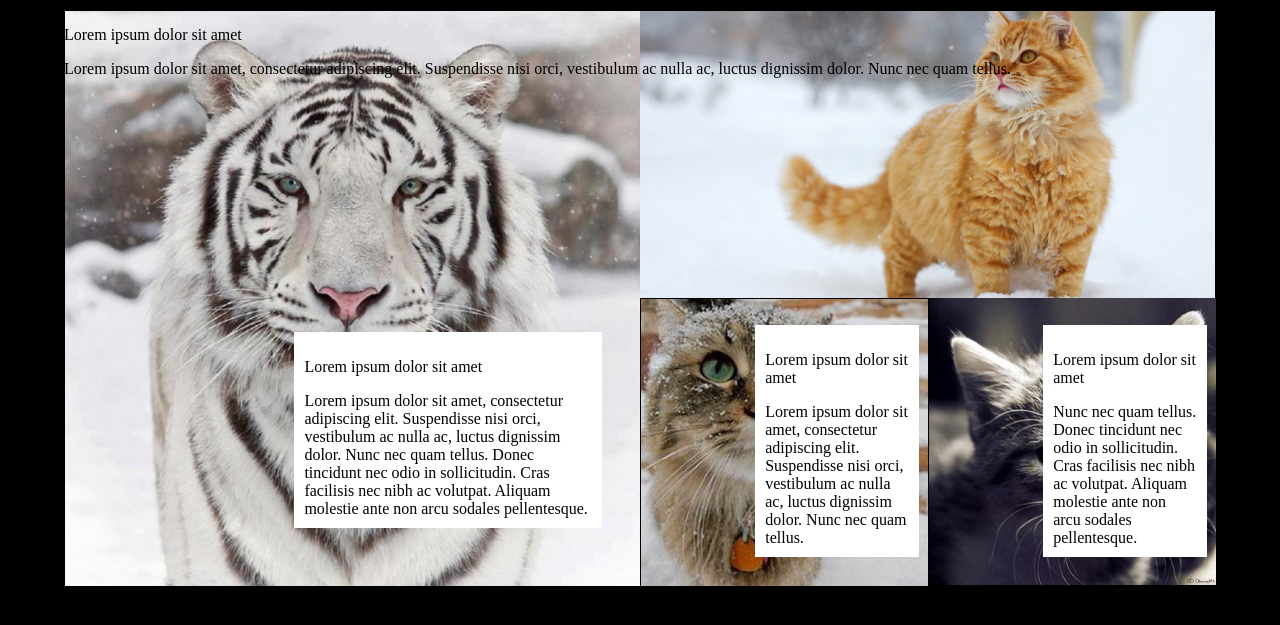
Repository: niebezsensu/Info-Folder
Page: index.html
The author's editor kept a record of every edit. The page is drawn from the files as they stood at one moment, then again after the next edit.
The browser window is 1280 px wide. The pictures show the whole page.

Above is the page before.

### index.html
<html>

<head>
    <meta charset="utf-8">
    <title>Multimedia - Quiz</title>
    <link rel="stylesheet" href="css/folder.css" type="text/css" />

</head>

<body>
    <script src="js/jquery-2.1.3.min.js"></script>
    <script src="js/folder.js"></script>
</body>
<div class="container visible">
    <div class="first-spot">
        <div class="box">

        </div>
        <div class="hidden-box">

        </div>
        <div class="content">
            <p>Lorem ipsum dolor sit amet</p>
            <span>Lorem ipsum dolor sit amet, consectetur adipiscing elit. Suspendisse nisi orci, vestibulum ac nulla ac, luctus dignissim dolor. Nunc nec quam tellus. Donec tincidunt nec odio in sollicitudin. Cras facilisis nec nibh ac volutpat. Aliquam molestie ante non arcu sodales pellentesque.</span>
        </div>
    </div>
    <div class="second-spot">
        <div class="box">

        </div>
        <div class="hidden-box">

        </div>
        <div class="content">
            <p>Lorem ipsum dolor sit amet</p>
            <span>Lorem ipsum dolor sit amet, consectetur adipiscing elit. Suspendisse nisi orci, vestibulum ac nulla ac, luctus dignissim dolor. Nunc nec quam tellus. Donec tincidunt nec odio in sollicitudin. Cras facilisis nec nibh ac volutpat. Aliquam molestie ante non arcu sodales pellentesque.</span>
        </div>
    </div>
    <div class="third-spot">
        <div class="box">

        </div>
        <div class="hidden-box">

        </div>
        <div class="content">
            <p>Lorem ipsum dolor sit amet</p>
            <span>Nunc nec quam tellus. Donec tincidunt nec odio in sollicitudin. Cras facilisis nec nibh ac volutpat. Aliquam molestie ante non arcu sodales pellentesque.</span>
        </div>
    </div>
    <div class="fourth-spot">
        <div class="box">

        </div>
        <div class="hidden-box">

        </div>
        <div class="content">
            <p>Lorem ipsum dolor sit amet</p>
            <span>Lorem ipsum dolor sit amet, consectetur adipiscing elit. Suspendisse nisi orci, vestibulum ac nulla ac, luctus dignissim dolor. Nunc nec quam tellus.</span>
        </div>
    </div>
    <div id="first-slider"></div>
    <div id="first-slider-content">
        <p>Lorem ipsum dolor sit amet</p>
        <span>Lorem ipsum dolor sit amet, consectetur adipiscing elit. Suspendisse nisi orci, vestibulum ac nulla ac, luctus dignissim dolor. Nunc nec quam tellus.</span>
    </div>
    <div id="second-slider"></div>
    <div id="second-slider-content">
        <p>Lorem ipsum dolor sit amet</p>
        <span>Lorem ipsum dolor sit amet, consectetur adipiscing elit. Suspendisse nisi orci, vestibulum ac nulla ac, luctus dignissim dolor. Nunc nec quam tellus.</span>
    </div>
    <div id="third-slider"></div>
    <div id="third-slider-content">
        <p>Lorem ipsum dolor sit amet</p>
        <span>Lorem ipsum dolor sit amet, consectetur adipiscing elit. Suspendisse nisi orci, vestibulum ac nulla ac, luctus dignissim dolor. Nunc nec quam tellus.</span>
    </div>
    <div id="fourth-slider"></div>
    <div id="fourth-slider-content">
        <p>Lorem ipsum dolor sit amet</p>
        <span>Lorem ipsum dolor sit amet, consectetur adipiscing elit. Suspendisse nisi orci, vestibulum ac nulla ac, luctus dignissim dolor. Nunc nec quam tellus.</span>
    </div>
    <audio id="audio1" src="/audio/mendelssohn_op25_lf_01_molt_etc.mp3"></audio>
    <audio id="audio2" src="/audio/Beethoven.mp3"></audio>
    <audio id="audio3" src="/audio/Mozart.mp3"></audio>
    <audio id="audio4" src="/audio/vivaldi.mp3"></audio>
</div>

</html>

### css/folder.css
html {
    background-color: black;
}

.container{
    width: 1400px;
    height: 700px;
    margin: 10px auto;
    background-color: grey;
    overflow:hidden;
    position: relative;
    cursor: pointer;
}

.first-spot{
    width: 50%;
    height: 100%;

    overflow:hidden;
    float: left;
    position:relative;
}
.first-spot .box{
    border: 1px solid black;
    display:none;
    position:absolute;
    left: 0px;
    width: 100%;
    height: 100%;
    background-image: url("/images/white-siberian.jpg");
    background-size: 100% 100%;
}

.first-spot .hidden-box{
    border: 1px solid black;
    position:absolute;
    left: 0px;
    width: 100%;
    height: 100%;
    background-image: url("/images/white-siberian.jpg");
    background-size: 100% 100%;
    opacity: 0.3;
}

.first-spot .content{
    display:none;
    position: absolute;
    width: 50%;
    bottom: 10%;
    left: 40%;
    background-color: white;
    padding: 10px;
}


.second-spot{
    width: 50%;
    height: 50%;

    float: right;

    overflow:hidden;
    position:relative;
}

.second-spot .box{
    position:absolute;
    right: 0px;
    width: 100%;
    height: 100%;
    background-image: url("/images/red-siberian.jpg");
    background-size: 100% 100%;
    border: 1px solid black;
}

.second-spot .hidden-box{
    position:absolute;
    right: 0px;
    width: 100%;
    height: 100%;
    background-image: url("/images/red-siberian.jpg");
    background-size: 100% 100%;
    border: 1px solid black;
    opacity: 0.3;
}

.second-spot .content{
    display:none;
    position: absolute;
    width: 50%;
    bottom: 10%;
    left: 40%;
    background-color: white;
    padding: 10px;
}

.third-spot{
    width: 25%;
    height: 50%;

    float: right;

    overflow:hidden;
    position:relative;

}

.third-spot .box{
    border: 1px solid black;
    display:none;
    position:absolute;
    bottom: 0px;
    width: 100%;
    height: 100%;
    background-image: url("/images/small-cat.jpeg");
    background-size: 100% 100%;
}

.third-spot .hidden-box{
    border: 1px solid black;
    position:absolute;
    bottom: 0px;
    width: 100%;
    height: 100%;
    background-image: url("/images/small-cat.jpeg");
    background-size: 100% 100%;
    opacity: 0.3;
}

.third-spot .content{
    position: absolute;
    width: 50%;
    bottom: 10%;
    left: 40%;
    background-color: white;
    padding: 10px;
}


.fourth-spot{
    width: 25%;
    height: 50%;

    float: right;

    overflow:hidden;
    position:relative;
}

.fourth-spot .box{

    position:absolute;
    left: 0px;
    width: 100%;
    height: 100%;
    background-image: url("/images/snow-cat.jpg");
    background-size: 100% 100%;
    border: 1px solid black;
}

.fourth-spot .hidden-box{
    position:absolute;
    left: 0px;
    width: 100%;
    height: 100%;
    background-image: url("/images/snow-cat.jpg");
    background-size: 100% 100%;
    border: 1px solid black;
    opacity: 0.3;
}

.fourth-spot .content{

    position: absolute;
    width: 50%;
    bottom: 10%;
    left: 40%;
    background-color: white;
    padding: 10px;
}

.hidden div{
    opacity: 0.5;
}

#first-slider{
    right: 0px;
    display:none;
    position: absolute;
    width: 100%;
    height: 100%;
    background-image: url("/images/tigers.jpg");
    background-size: 100% 100%;
}
#first-slider-content{
    right: 0px;
    display:block;
    position: absolute;
    width: 100%;
    height: 100%;
}
#second-slider{
    right: 0px;
    display:none;
    position: absolute;
    width: 100%;
    height: 100%;
    background-image: url("/images/siberians.jpg");
    background-size: 100% 100%;
}
#third-slider{
    right: 0px;
    display:none;
    position: absolute;
    width: 100%;
    height: 100%;
    background-image: url("/images/kittens.jpg");
    background-size: 100% 100%;
}
#fourth-slider{
    right: 0px;
    display:none;
    position: absolute;
    width: 100%;
    height: 100%;
    background-image: url("/images/Pallas_cat.JPG");
    background-size: 100% 100%;
}

### js/folder.js


$(document).ready(function() {

    $(window).on('resize', function(){
        var pageHeight = $(window).height();
    var pageWidth = $(window).width();
    if(pageWidth > 2000) {
        pageWidth = 2000;
    }
    $('.container').css('width',pageWidth*9/10)
    $('.container').css('height',(pageWidth/2)*9/10)
    });
    var pageHeight = $(window).height();
    var pageWidth = $(window).width();
    if(pageWidth > 2000) {
        pageWidth = 2000;
    }
    $('.container').css('width',pageWidth*9/10)
    $('.container').css('height',(pageWidth/2)*9/10)


    var sliderRight = $('.container').width();
    $('#first-slider').css('right', sliderRight);
    $('#first-slider').show();
    $('#second-slider').css('right', sliderRight);
    $('#second-slider').show();
    $('#third-slider').css('right', sliderRight);
    $('#third-slider').show();
    $('#fourth-slider').css('right', sliderRight);
    $('#fourth-slider').show();

    var firstSpotBoxRight = $(".first-spot").width();
    $(".first-spot .box").css('left', firstSpotBoxRight);
    $(".first-spot .box").show();
    $(".first-spot .box").animate({
        left: 0
    }, 200, "linear", function() {});

    var secondSpotBoxTop = $(".second-spot").width();
    $(".second-spot .box").css('right', secondSpotBoxTop);
    $(".second-spot .box").show();
    $(".second-spot .box").animate({
        right: 0
    }, 200, "linear", function() {});

    var thirdSpotBoxTop = $(".third-spot").width();
    $(".third-spot .box").css('bottom', thirdSpotBoxTop);
    $(".third-spot .box").show();
    $(".third-spot .box").animate({
        bottom: 0
    }, 200, "linear", function() {});

    var fourthSpotBoxTop = $(".fourth-spot").width();
    $(".fourth-spot .box").css('left', fourthSpotBoxTop);
    $(".fourth-spot .box").show();
    $(".fourth-spot .box").animate({
        left: 0
    }, 200, "linear", function() {});

    $('.first-spot .content').toggle('slow');



    $(".first-spot").on('click', function() {
        $("#first-slider").animate({
            right: 0
        }, 500, "linear", function() {
            $(".first-spot .box").css('left', firstSpotBoxRight);
            $(".second-spot .box").css('right', secondSpotBoxTop);
            $(".third-spot .box").css('bottom', thirdSpotBoxTop);
            $(".fourth-spot .box").css('left', fourthSpotBoxTop);
        });
    });

    $(".second-spot").on('click', function() {
        $("#second-slider").animate({
            right: 0
        }, 500, "linear", function() {
            $(".first-spot .box").css('left', firstSpotBoxRight);
            $(".second-spot .box").css('right', secondSpotBoxTop);
            $(".third-spot .box").css('bottom', thirdSpotBoxTop);
            $(".fourth-spot .box").css('left', fourthSpotBoxTop);
        });
    });

    $(".third-spot").on('click', function() {
        $("#third-slider").animate({
            right: 0
        }, 500, "linear", function() {
            $(".first-spot .box").css('left', firstSpotBoxRight);
            $(".second-spot .box").css('right', secondSpotBoxTop);
            $(".third-spot .box").css('bottom', thirdSpotBoxTop);
            $(".fourth-spot .box").css('left', fourthSpotBoxTop);
        });
    });

    $(".fourth-spot").on('click', function() {
        $("#fourth-slider").animate({
            right: 0
        }, 500, "linear", function() {
            $(".first-spot .box").css('left', firstSpotBoxRight);
            $(".second-spot .box").css('right', secondSpotBoxTop);
            $(".third-spot .box").css('bottom', thirdSpotBoxTop);
            $(".fourth-spot .box").css('left', fourthSpotBoxTop);
        });
    });


    $("#first-slider").on('click', function() {
        $('#first-slider').css('right', sliderRight);

        $(".first-spot .box").animate({
            left: 0
        }, 200, "linear", function() {});
        $(".second-spot .box").animate({
            right: 0
        }, 200, "linear", function() {});
        $(".third-spot .box").animate({
            bottom: 0
        }, 200, "linear", function() {});
        $(".fourth-spot .box").animate({
            left: 0
        }, 200, "linear", function() {});
    });

    $("#second-slider").on('click', function() {
        $('#second-slider').css('right', sliderRight);

        $(".first-spot .box").animate({
            left: 0
        }, 200, "linear", function() {});
        $(".second-spot .box").animate({
            right: 0
        }, 200, "linear", function() {});
        $(".third-spot .box").animate({
            bottom: 0
        }, 200, "linear", function() {});
        $(".fourth-spot .box").animate({
            left: 0
        }, 200, "linear", function() {});
    });

    $("#third-slider").on('click', function() {
        $('#third-slider').css('right', sliderRight);

        $(".first-spot .box").animate({
            left: 0
        }, 200, "linear", function() {});
        $(".second-spot .box").animate({
            right: 0
        }, 200, "linear", function() {});
        $(".third-spot .box").animate({
            bottom: 0
        }, 200, "linear", function() {});
        $(".fourth-spot .box").animate({
            left: 0
        }, 200, "linear", function() {});
    });

    $("#fourth-slider").on('click', function() {
        $('#fourth-slider').css('right', sliderRight);

        $(".first-spot .box").animate({
            left: 0
        }, 200, "linear", function() {});
        $(".second-spot .box").animate({
            right: 0
        }, 200, "linear", function() {});
        $(".third-spot .box").animate({
            bottom: 0
        }, 200, "linear", function() {});
        $(".fourth-spot .box").animate({
            left: 0
        }, 200, "linear", function() {});
    });
});

Loaded but not shown: js/jquery-2.1.3.min.js (library)

After the next edit:
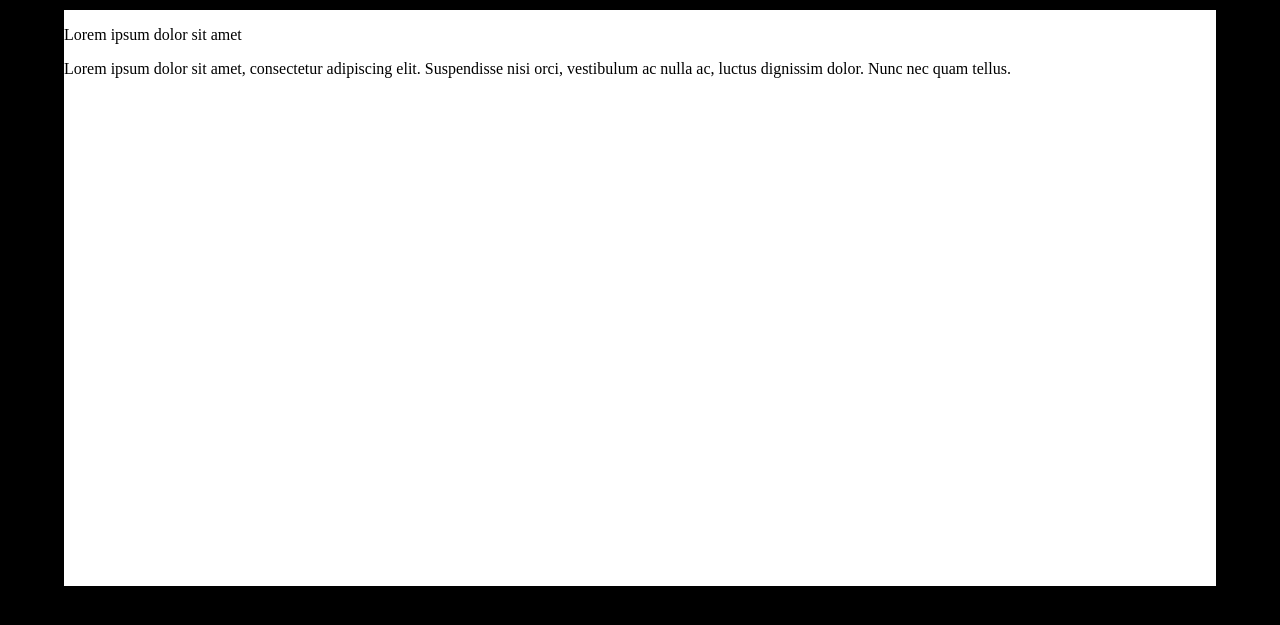
The edit:
--- a/css/folder.css
+++ b/css/folder.css
@@ -198,6 +198,7 @@
     position: absolute;
     width: 100%;
     height: 100%;
+    background-color: white;
 }
 #second-slider{
     right: 0px;
